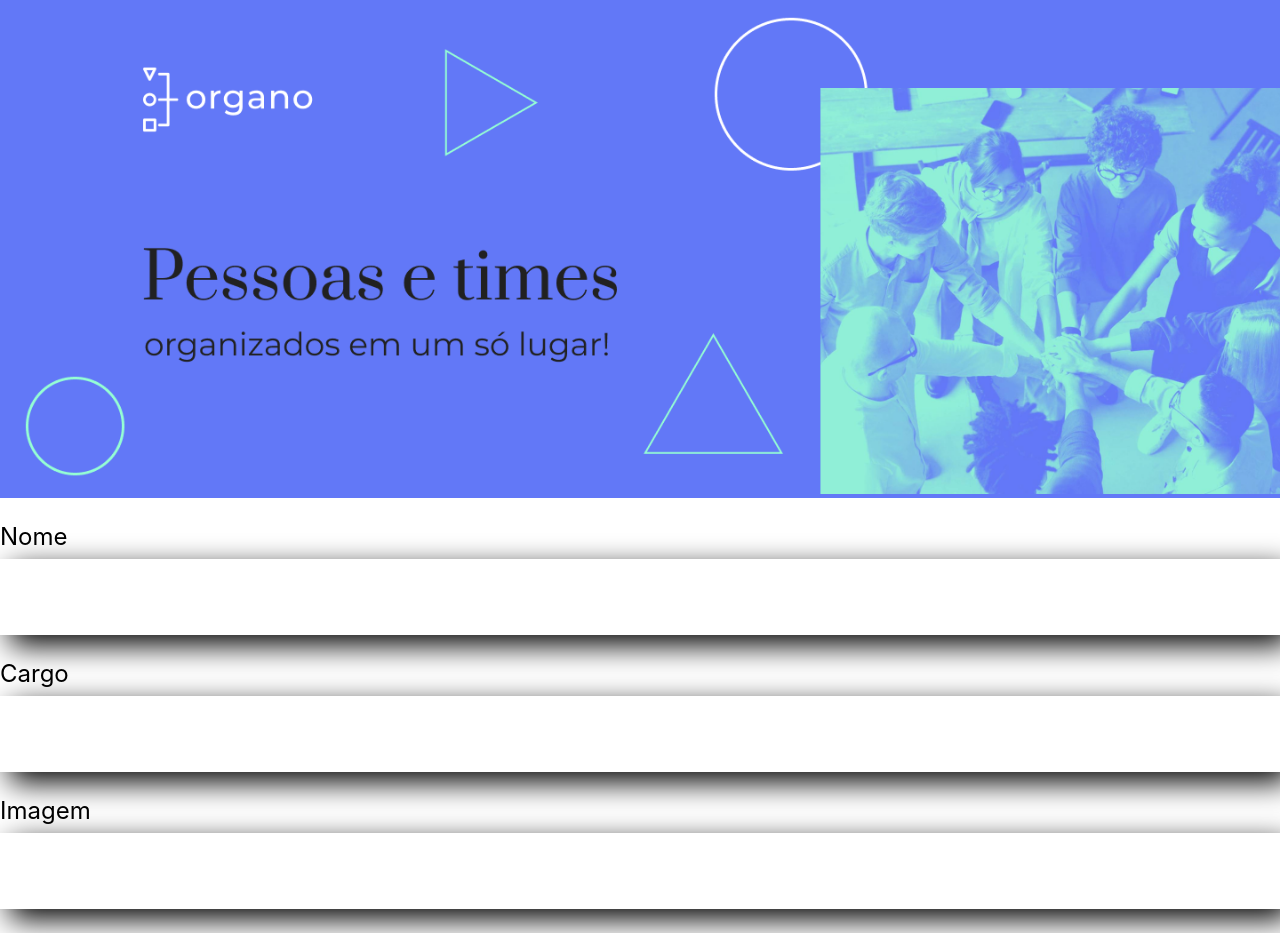
Repository: Joao-Carlos-Garcia-DEV/organo
Page: /
An editor plug-in stored every save of this project. The page is shown before and after a run of saves, followed by the edit.
The browser window is 1280 px wide. The pictures show the whole page.
The project was rebuilt for these pictures with package versions that can differ from the ones it lists, and the page was loaded fresh each time.

Above is the page before, as saved 2024-07-08 20:45:33.

### src/App.js
import './App.css';
import Banner from './Componentes/Banner/Banner';
import CampoTexto from './Componentes/CampoTexto/CampoTexto';

function App() {
  return (
    <div className="App">
      <Banner />
      <CampoTexto label="Nome" />
      <CampoTexto label="Cargo" />
      <CampoTexto label="Imagem" />


    </div>
  );
}

export default App;

### src/Componentes/Banner/Banner.js

import './Banner.css'
function Banner() {
    return (
        <header className="banner">
            <img src="/imagens/banner.png" alt="O banner principal da página do Organo" />
        </header>
    )

}

export default Banner

### src/Componentes/CampoTexto/CampoTexto.js
import './CampoTexto.css';

const CampoTexto = (props) => {
    return (
        <div className="campo-texto">
            <label>{props.label}</label>
            <input placeholder={props.placeholder}></input>
        </div>
    )
}

export default CampoTexto

### src/Componentes/Banner/Banner.css
.banner {
    background-color: #6278f7;
    text-align: center;
}

.banner img {
    max-width: 100%;
}

### src/Componentes/CampoTexto/CampoTexto.css
.campo-texto {
    margin: 24px 0;

}

.campo-texto label {
    display: block;
    margin-bottom: 8px;
    font-size: 24px;
    text-align: justify;
}

.campo-texto input {
    background-color: #FFF;
    box-shadow: 10px 10px 30px rgba(0, 0, 0.06);
    width: 100%;
    border: none;
    font-size: 24px;
    padding: 24px;
    box-sizing: border-box;
}

Loaded but not shown: public/index.html (common file); src/index.js (common file); src/index.css (common file); src/App.css (common file)

After the next 7 saves:
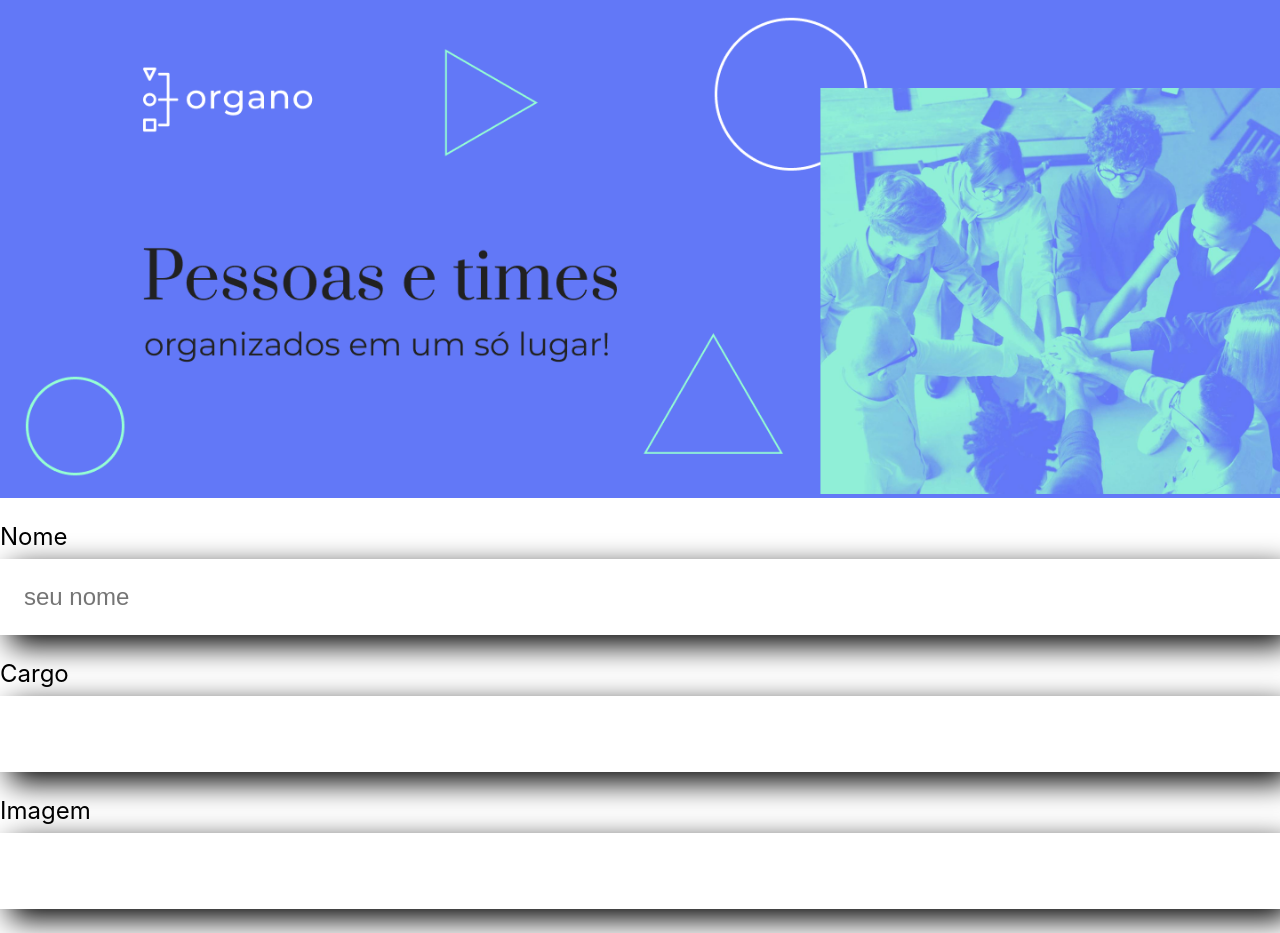
The 7 saves are shown as one change because 2 did not build or start and some came seconds apart.
The last was saved 10 min 10 s later.
--- a/src/App.js
+++ b/src/App.js
@@ -6,7 +6,7 @@ function App() {
   return (
     <div className="App">
       <Banner />
-      <CampoTexto label="Nome" />
+      <CampoTexto label="Nome" placeholder="seu nome"/>
       <CampoTexto label="Cargo" />
       <CampoTexto label="Imagem" />
 
